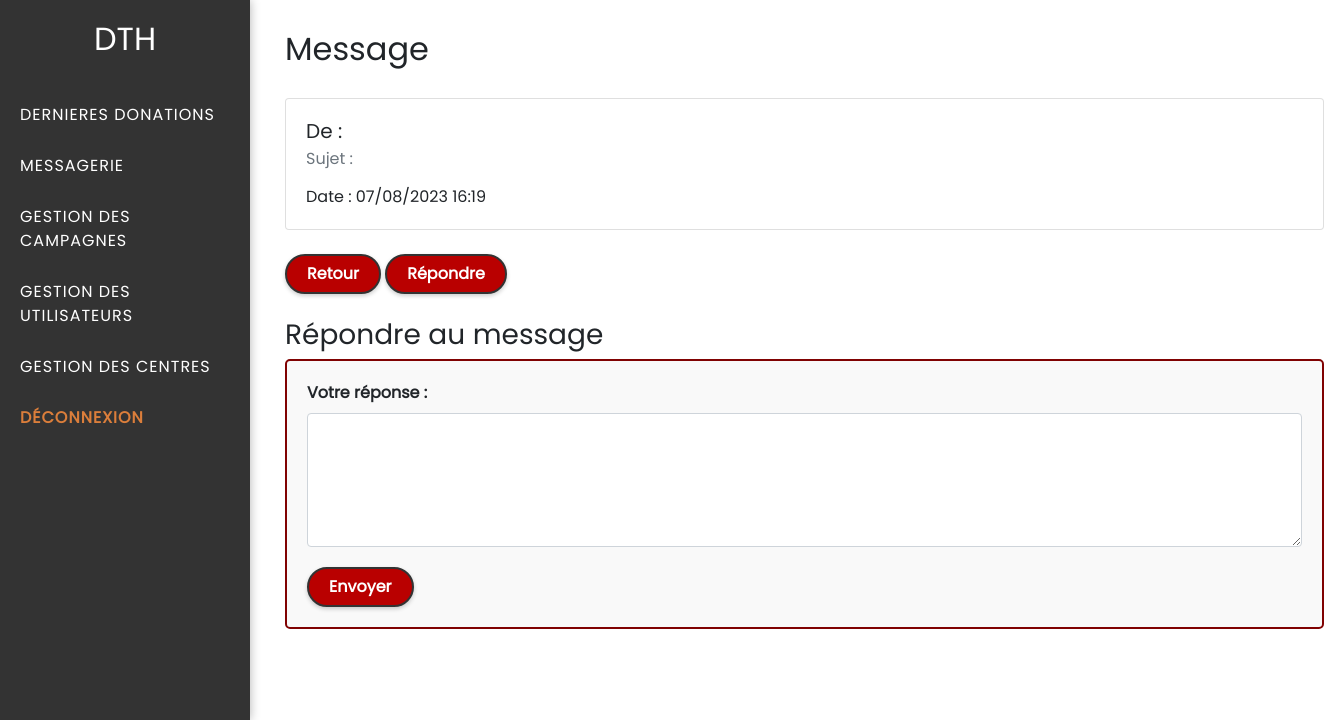
Repository: BrunoVgs/DTH
Page: templates/admin/messageread.html.twig
An editor plug-in stored every save of this project. The page is shown before and after the next save, followed by the edit.
The browser window is 1280 px wide. The page is 1339 px wide, so the pictures cover 1339 px, including what lies to the right of the window. The pictures show the whole page.
The page is a Twig template of a Symfony application; nobody is signed in and links lead nowhere. The template is opened directly, without the code that normally fills it, so the values that code supplies are empty.

Above is the page before, as saved 2023-08-07 17:13:36.

### templates/admin/messageread.html.twig
{% extends 'admin/base.html.twig' %}

{% block title %}<title> Message </title> {% endblock %}

{% block body %}
<div class="container-fluid">
    <h1>Message</h1>

    <div class="card">
        <div class="card-body">
            <h5 class="card-title">De : {{ message.user.firstName }} {{ message.user.lastName }}</h5>
            <h6 class="card-subtitle mb-2 text-muted">Sujet : {{ message.subject }}</h6>
            <p class="card-text">{{ message.content }}</p>
            <p class="card-text">Date : {{ message.createdAt|date('d/m/Y H:i') }}</p>
        </div>
    </div>

    <div class="mt-4">
        <a href="{{ path('admin_messagerie') }}" class="btn btn-secondary">Retour</a>
        <a href="#" class="btn btn-primary">Répondre</a>
    </div>

    <div class="mt-4">
        <h3>Répondre au message</h3>
        <form action="#" method="post">
            <div class="form-group">
                <label for="reply_content">Votre réponse :</label>
                <textarea class="form-control" id="reply_content" name="reply_content" rows="5"></textarea>
            </div>
            <button type="submit" class="btn btn-primary">Envoyer</button>
        </form>
    </div>
</div>
{% endblock %}

### templates/admin/base.html.twig
<!DOCTYPE html>
<html lang="en">
<head>
    <meta charset="UTF-8">
    <meta name="viewport" content="width=device-width, initial-scale=1.0">
    {% block title %} <title>DTH Backoffice</title> {% endblock %}
    <link rel="stylesheet" href="https://maxcdn.bootstrapcdn.com/bootstrap/4.5.2/css/bootstrap.min.css">
    <link rel="stylesheet" href="{{ asset('css/backoffice.css') }}">
    <link href="https://fonts.googleapis.com/css2?family=Poppins&display=swap" rel="stylesheet">
</head>
<body>
    <!-- Barre latérale -->
<div class="sidebar">
    <a href="{{ path('admin') }}" style="text-decoration: none; color: #fff;">
        <h2>DTH</h2>
    </a>
    <a class="liens" href="{{ path('admin_donation') }}">Dernieres Donations</a>
    <a class="liens" href="{{ path('admin_messagerie')}}">Messagerie</a>
    <a class="liens" href="#">Gestion des campagnes</a>
    <a class="liens" href="{{ path('admin_user')}}">Gestion des utilisateurs</a>
    <a class="liens" href="{{ path('admin_center')}}">Gestion des centres</a>

    <!-- Logout boutton -->
    <a class="liens logout" href="{{ path('logout') }}">Déconnexion</a>
</div>

    {% block body %}{% endblock %}

    <script src="https://code.jquery.com/jquery-3.5.1.slim.min.js"></script>
    <script src="https://cdn.jsdelivr.net/npm/@popperjs/core@2.9.1/dist/umd/popper.min.js"></script>
    <script src="https://maxcdn.bootstrapcdn.com/bootstrap/4.5.2/js/bootstrap.min.js"></script>

    {% block scripts %}{% endblock %}
</body>
</html>

### public/css/backoffice.css
* {
    font-family: 'Poppins', sans-serif;
}

/* CSS pour la barre latérale */
.sidebar {
    height: 100%;
    width: 250px;
    position: fixed;
    top: 0;
    left: 0;
    background-color: #333;
    padding-top: 20px;
}

.sidebar h2 {
    color: #fff;
    text-align: center;
    margin-bottom: 30px;
    text-transform: uppercase;
}

.sidebar .liens {
    display: block;
    color: #fff;
    padding: 12px 20px;
    text-decoration: none;
    transition: background-color 0.3s ease;
    padding-top: 15px;
    text-transform: uppercase;
    letter-spacing: 1px;
    transition: all 0.2s ease;
}

.sidebar .liens:hover {
    background: linear-gradient(45deg, #ff0000, #b30000);
    transform: scale(1.05);
}

.sidebar .liens.active {
    background-color: #0056b3;
    font-weight: bold;
}

.sidebar .liens:first-child {
    padding-top: 25px;
}

.sidebar {
    box-shadow: 0 0 10px rgba(0, 0, 0, 0.3);
}

.sidebar .liens .logout {

    color:gold
}

.panels {
    margin-left: 250px;
    padding: 20px;
}



.table {
    width: 100%;
    border-collapse: collapse;
    margin-bottom: 20px;
    background-color: #fff;
    border: 1px solid #e90b0b96;
}

.table th,
.table td {
    padding: 12px;
    border-bottom: 1px solid #ddd;
}

.table th {
    background: #b30000;
    color: #fff;
    text-align: left;
}


.table tbody tr:hover {
    background-color: #f2f2f2;
}


.table th {
    text-transform: uppercase;
    letter-spacing: 1px;
}


.table td:first-child,
.table td:last-child {
    border-radius: 4px;
}

.btn {
    background-color: #b90000;
    color: #fff;
    font-weight: 700;
    padding: 6px 20px;
    border: none;
    border-radius: 30px;
    transition: 0.4s ease;
    border: 2px solid #333;
    box-shadow: 0 2px 4px rgba(0, 0, 0, 0.2);
}

.btn:hover {
    background-color: #800202;
    transition: 0.4s ease;
    color: white;
    border: 2px solid #333;
    box-shadow: 0 4px 8px rgba(0, 0, 0, 0.3); /
}


.table {
    box-shadow: 0 0 10px rgba(0, 0, 0, 0.1);
}
.container-fluid {
    width: 83.5%;
    margin-left: 270px;
}

h1 {
    font-size: 2em;
    margin-bottom: 30px;
    font-family: 'Poppins', sans-serif;
    margin-top: 30px
}

form {
    padding: 20px;
    background-color: #f9f9f9;
    border: 1px solid #ddd;
    border-radius: 5px;
    border: 2px solid #800202;
    margin-bottom: 20px;
}

.form-group {
    margin-bottom: 20px;
}

label {
    font-weight: bold;
}

input.form-control {
    width: 100%;
    padding: 8px;
    border: 1px solid #ccc;
    border-radius: 5px;
    font-size: 16px;
}

.sidebar .liens.logout {

    color:rgb(219, 126, 59);
    font-weight: 1000;
}

.sidebar .liens.logout:hover {

    color: rgb(255, 255, 255);
    font-weight: 1000;
}

After the next save:
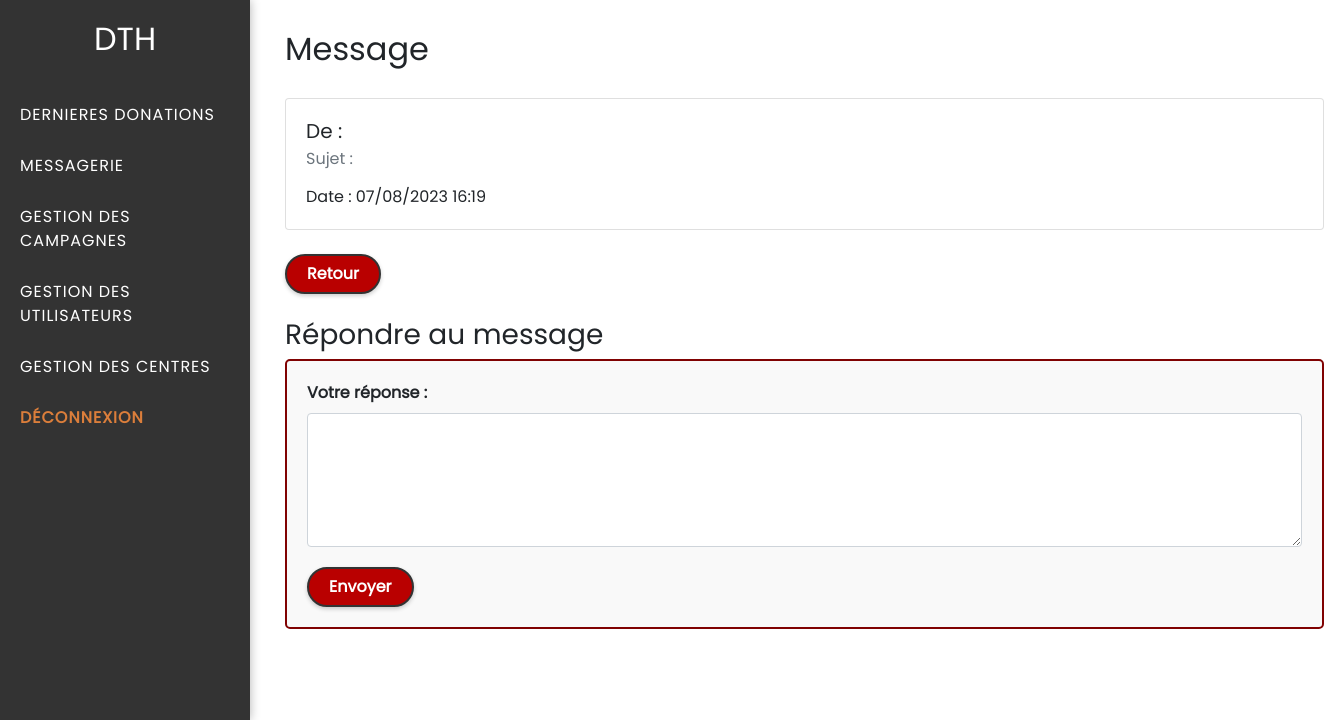
Saved 16 s later.
--- a/templates/admin/messageread.html.twig
+++ b/templates/admin/messageread.html.twig
@@ -17,7 +17,6 @@
 
     <div class="mt-4">
         <a href="{{ path('admin_messagerie') }}" class="btn btn-secondary">Retour</a>
-        <a href="#" class="btn btn-primary">Répondre</a>
     </div>
 
     <div class="mt-4">
